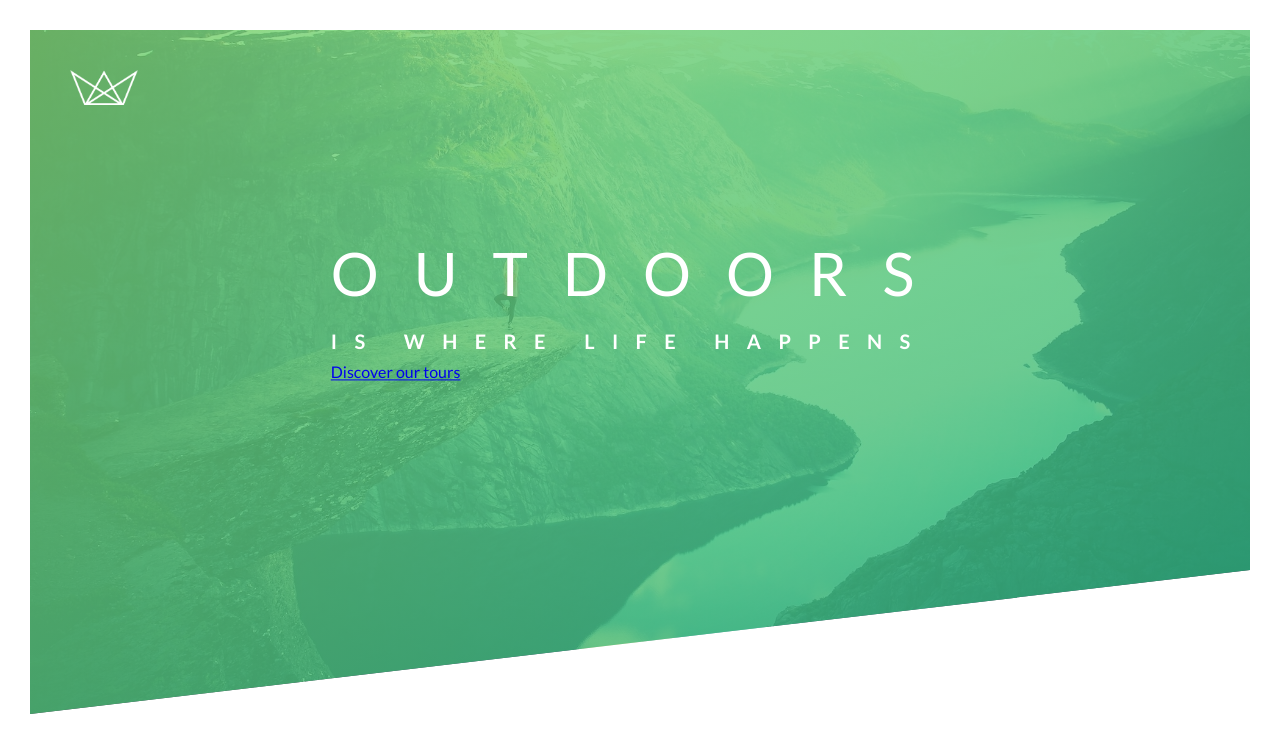
Repository: MalgorzataMazur/Natours
Page: index.html
An editor plug-in stored every save of this project. The page is shown before and after the next save, followed by the edit.
The browser window is 1280 px wide. The pictures show the whole page.

Above is the page before, as saved 2020-01-12 22:27:17.

After the next save:
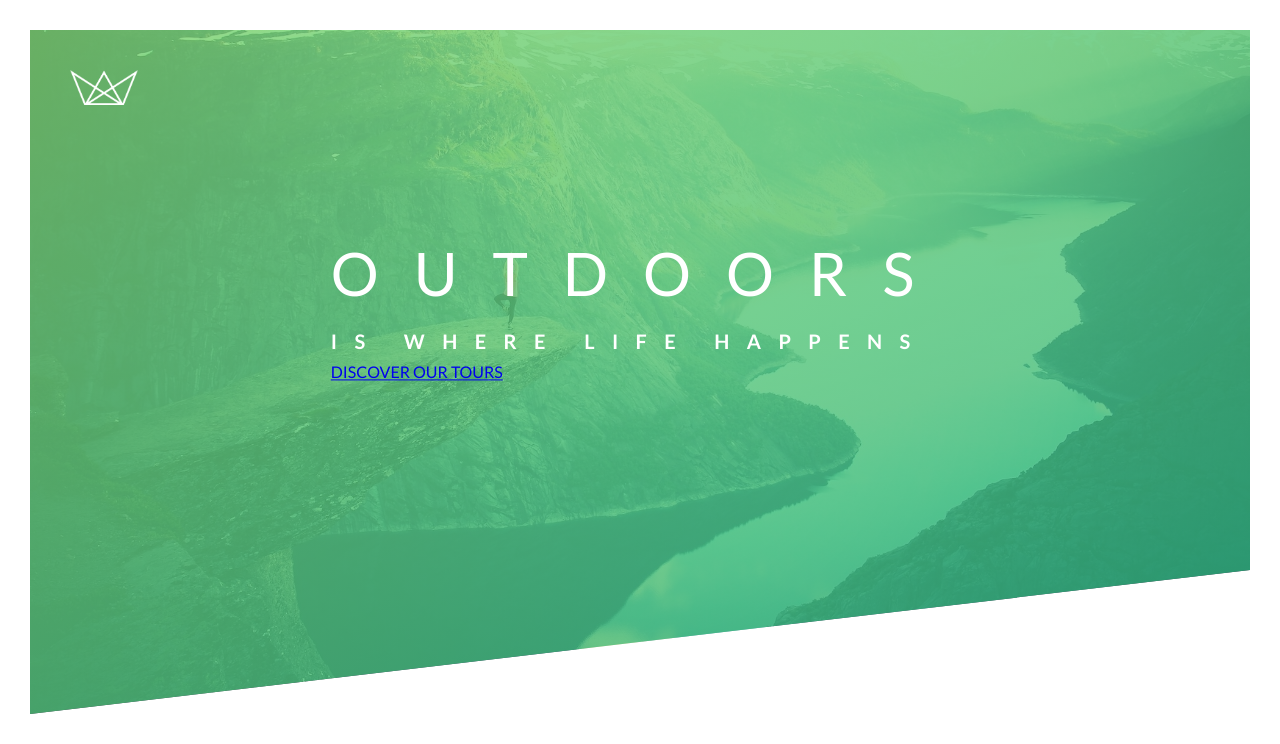
Saved 95 min 42 s later.
--- a/css/style.css
+++ b/css/style.css
@@ -119,3 +119,8 @@ body {
         transform: translate(0);
     }
 }
+
+.btn:link,
+.btn:visited {
+    text-transform: uppercase;
+}
